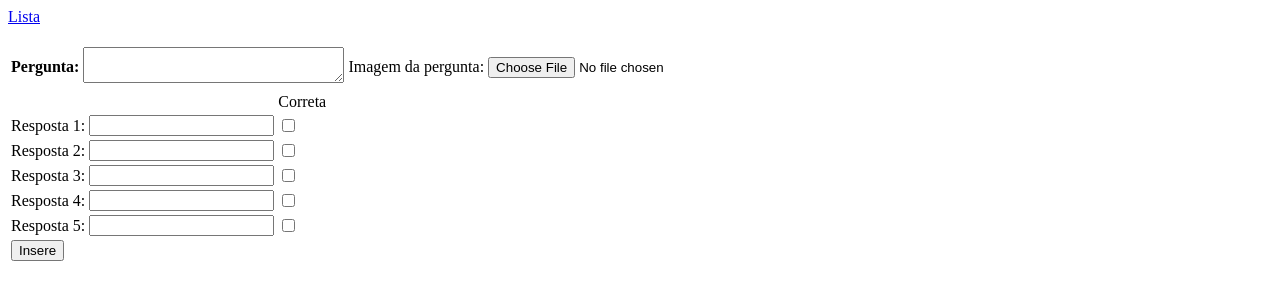
Repository: yagotome/ClickTrauma
Page: http://localhost/ClickTrauma/WEB-INF/views/pergunta/cadastro.jsp
An editor plug-in stored every save of this project. The page is shown before and after the next save, followed by the edit.
The browser window is 1280 px wide. The pictures show the whole page.
The page is served by Tomcat 9. Nobody is signed in. Other server files are loaded and not shown. The template is opened directly, without the code that normally fills it, so the values that code supplies are empty.

Above is the page before, as saved 2016-05-07 18:51:05.

### WebService/ClickTrauma/WebContent/WEB-INF/views/pergunta/cadastro.jsp
<%@ page language="java" contentType="text/html; charset=ISO-8859-1"
    pageEncoding="ISO-8859-1"%>
<%@ taglib uri="http://java.sun.com/jsp/jstl/core" prefix="c" %>
<!DOCTYPE html>
<html>
<head>
	<meta http-equiv="Content-Type" content="text/html; charset=ISO-8859-1">
	<title>Cadastro de perguntas</title>
	<c:if test="${not empty param.inserido}">
		<script type="text/javascript">
			alert("Pergunta cadastrada com sucesso.");
		</script>
	</c:if>
</head>
<body>
	<a href="lista">Lista</a>
	<br /> <br />
	<form action="insere" method="post" enctype="multipart/form-data">
		<table>
			<tr>
				<td><label for="pergunta"><b>Pergunta:</b></label></td>
				<td><textarea rows="2" cols="30" name="texto" id="pergunta" required></textarea></td>
				<td><label for="arq">Imagem da pergunta:</label></td>
				<td><input type="file" id="arq" name="file" required></td>
			</tr>
		</table>
		<table>
			<tr>
				<td></td>
				<td></td>
				<td>Correta</td>
			</tr>
			<tr>
				<td><label for="resp1">Resposta 1:</label></td>
				<td><input name="respostas[0].texto" id="resp1" required></td>
				<td><input name="respostas[0].correta" type="checkbox"></td>
			</tr>
			<tr>
				<td><label for="resp2">Resposta 2:</label></td>
				<td><input name="respostas[1].texto" id="resp2" required></td>
				<td><input name="respostas[1].correta" type="checkbox"></td>
			</tr>
			<tr>
				<td><label for="resp3">Resposta 3:</label></td>
				<td><input name="respostas[2].texto" id="resp3" required></td>
				<td><input name="respostas[2].correta" type="checkbox"></td>
			</tr>
			<tr>
				<td><label for="resp4">Resposta 4:</label></td>
				<td><input name="respostas[3].texto" id="resp4" required></td>
				<td><input name="respostas[3].correta" type="checkbox"></td>
			</tr>
			<tr>
				<td><label for="resp5">Resposta 5:</label></td>
				<td><input name="respostas[4].texto" id="resp5"></td>
				<td><input name="respostas[4].correta" type="checkbox"></td>
			</tr>
			<tr>
				<td><button id="insere">Insere</button></td>
			</tr>
		</table>
	</form>
</body>
</html>

After the next save:
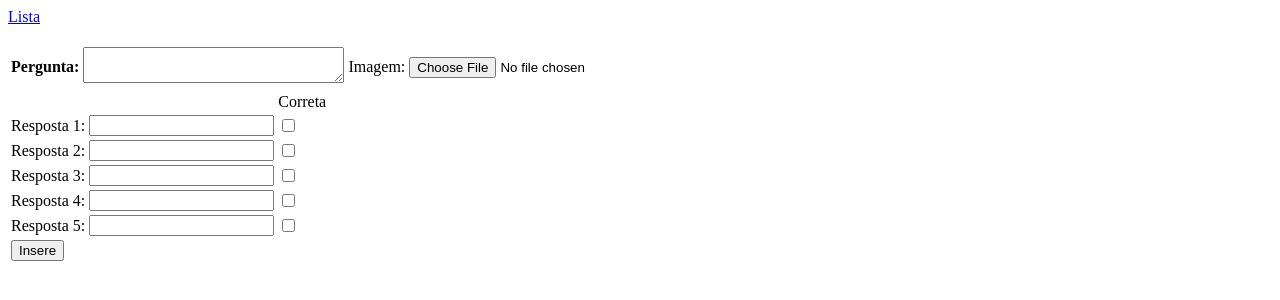
Saved 32 s later.
--- a/WebService/ClickTrauma/WebContent/WEB-INF/views/pergunta/cadastro.jsp
+++ b/WebService/ClickTrauma/WebContent/WEB-INF/views/pergunta/cadastro.jsp
@@ -20,8 +20,8 @@
 			<tr>
 				<td><label for="pergunta"><b>Pergunta:</b></label></td>
 				<td><textarea rows="2" cols="30" name="texto" id="pergunta" required></textarea></td>
-				<td><label for="arq">Imagem da pergunta:</label></td>
-				<td><input type="file" id="arq" name="file" required></td>
+				<td><label for="arq">Imagem:</label></td>
+				<td><input type="file" id="arq" name="file" value="Selecione a imagem" required></td>
 			</tr>
 		</table>
 		<table>
